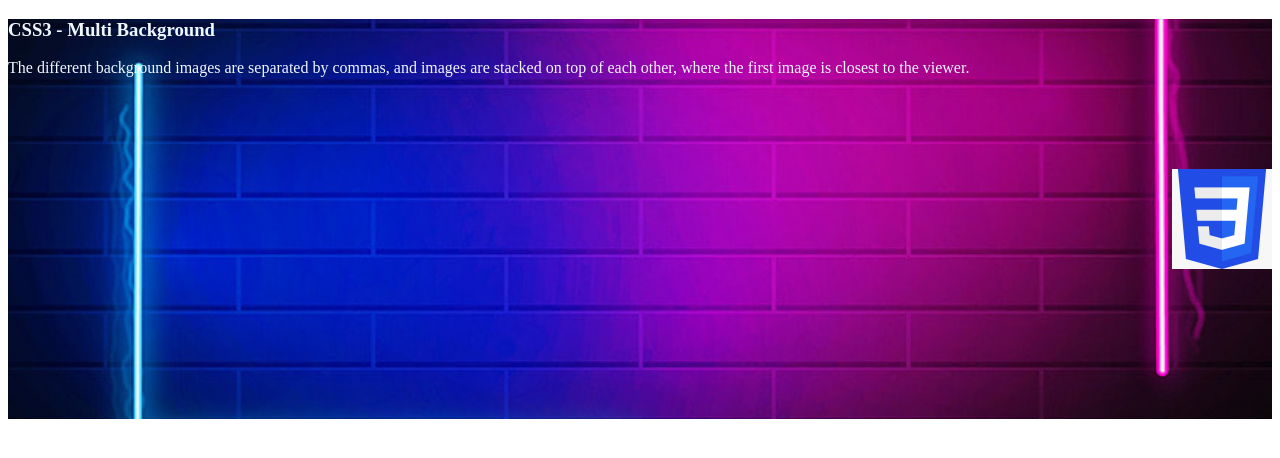
Repository: Pema-yangki/Css
Page: fed.html
These files come from the project's save history. The page is drawn as it stood at one moment and after the next save; the edit follows.
The browser window is 1280 px wide. The pictures show the whole page.

Above is the page before, as saved 2024-03-22 10:42:26.

### fed.html
<!-- <!DOCTYPE html>
<html lang="en">
<head>
    <meta charset="UTF-8">
    <meta name="viewport" content="width=device-width, initial-scale=1.0">
    <title>Document</title>
    <style>
        h1[name="greetings"]{
            color: brown;
        }
        h1[name ="king"]{
            color:aqua
        }
        h1[name="okay"]{
            color:blueviolet
        }
    </style> -->
    <!-- <style>
        table{
            border: 1px solid black;
            /* border-collapse: separate; */
            border-spacing: 15px;

        }

        table, th, td{
            border: 1px solid black;
            /* border-collapse: collapse; */

        }
    </style>
</head>
<body> -->
   <!-- <h1 name = "greetings">hello</h1>
   <h1 name = "king" >hi</h1>
   <h1 name = "okay">bye</h1> -->
   <!-- <table>
    <tr>
        <th>Name</th>
        <th>College</th>
        <th>Specialization</th>
    </tr>
    <tr>
        <td>kinley</td>
        <td >GCIT</td>
        <td>Full stack</td>
    </tr>
    <tr>
        <td>Pema</td>
        <td>GCIT</td>
        <td>AI</td>
    </tr>
    <tr>
        <td>yangki</td>
        <td>GCIT</td>
        <td>Blockchain</td>
    </tr>
    </table> -->

    <!-- <table>
      <thead>
        table rows
      </thead>
      <tfoot>
        table rows
      </tfoot>
      <tbody>
        table rows
      </tbody>
    </table>
</body>
</html>  -->


<!-- time table -->
<!-- <!DOCTYPE html>
<html lang="en">
<head>
    <meta charset="UTF-8">
    <meta name="viewport" content="width=device-width, initial-scale=1.0">
    <title>Document</title>
    <style>
        table.programs{
            background: white;
            border: 15px outset rgb(250, 246, 246);
            border-collapse:collapse;
            font-family: 'Times New Roman', Times, serif;
            width: 100%;
        }
        table.programs tr{
            height: 25px;
        }
        table.programs th, table.programs td{
            border: 1px solid rgb(243, 235, 235);
            padding: 5px;
            vertical-align: top;
        }
        col.timeColumn {
            background: rgb(170, 144, 59);
            width: 10%;
        }
        col.wDayColumns {
            background: rgb(201, 123, 6);
        }
        col.wEndColumns {
        background: rgb(187, 172, 90);
        width: 17.5%;
        }
        table.programs caption {
        caption-side: bottom;
        text-align: center;
        }
        table.programs thead{
        color:white;
        background-color: rgb(177, 112, 16);
        }
        table.programs thead th:first-of-type{
        color:white;
        background-color: rgb(174, 184, 38);
        }
table.programs thead th:nth-of-type(7),
table.programs thead th:nth-of-type(8) {
color:white;
background-color: rgb(153, 125, 0);
}
table.programs tfoot{
color:white;
background-color: black;
}



        </style>
</head>

<body>
    <table class="programs">
        <caption>full stack daily shedule</caption>
        <colgroup>
        <col class="timeColumn">
        <col class="wDayColumns" span="5">
        <col class="wEndColumns" span="2">
        </colgroup>
        <thead>
            <tr>
                <th>Time</th>
                <th>Mon</th>
                <th>Tue</th>
                <th>Wed</th>
                <th>Thu</th>
                <th>Fri</th>
                <th>Sat</th>
                <th>Sun</th>
            </tr>
        </thead>

        <tfoot>
            <tr>
                <td colspan="8">
                    GCIT Full Stack Program daily shedule ends its activities at 9:30
                </td>
            </tr>
        </tfoot>
        <tbody>
            <tr>
                <th>5:30 Am</th>
                    <td rowspan="1" colspan="5">Good Morning/Lazy Morning</td>
                    <td rowspan="4" colspan="1">Slow Weekends</td>
                    <td rowspan="2" colspan="1">Sunday Morning</td>

            </tr>
            <tr>
                <th>5:30 AM </th>
                    <td rowspan="3" colspan="5">Start Your Engine!</td>

            </tr>
            <tr>
                <th>6:00 AM </th>
                    <td rowspan="2" colspan="1">Weekend Yoga</td>

            </tr>
            <tr>
                <th>6:30 AM  </th>
            </tr>
            <tr>
                <th>7:00 AM  </th>
                    <td rowspan="1" colspan="5">Breakfast News</td>
                    <td rowspan="2" colspan="1">Weekend Yoga</td>
                    <td rowspan="2" colspan="1">Advanced Pilate</td>

            </tr>
            <tr>
                <th>7:30 AM </th>
                    <td rowspan="1" colspan="5">General Cleaning</td>

            </tr>
            <tr>
                <th>8:00 AM </th>
                    <td rowspan="4" colspan="5">Designing Layout</td>
                    <td rowspan="3" colspan="1">Testing</td>
                    <td rowspan="4" colspan="1">Case Study</td>

            </tr>
            <tr>
                <th>8:30 AM </th>
            </tr>
            <tr>
                <th>9:00 AM </th>
            </tr>
            <tr>
                <th>9:30 AM</th>
                    <td rowspan="3" colspan="1">Weight Yoga</td>

            </tr>
            <tr>
                <th>10:00 AM</th>
                    <td rowspan="4" colspan="5">Coding</td>
                    <td rowspan="1" colspan="1">Play time</td>

            </tr>
            <tr>
                <th>10:30 AM  </th>
                    <td rowspan="1" colspan="1">Brain Spa</td>

            </tr>
            <tr>
                <th>11:00 AM</th>
                <td rowspan="3" colspan="1">Outdoor Games</td>
                <td rowspan="1" colspan="1">The Meditative Mind</td>
                </tr>


            <tr>
                <th>11:30 AM </th>
                <td rowspan="1" colspan="1">Stretches</td>

            </tr>
            <tr>
                <th>12:00 PM   </th>
                <td rowspan="1" colspan="5">Lunch News</td>
                <td rowspan="1" colspan="1">Indoor Games</td>

            </tr>
        </tbody>
    </table>
</body>
</html> -->


<!DOCTYPE html>
<html lang="en">
<head>
    <meta charset="UTF-8">
    <meta name="viewport" content="width=device-width, initial-scale=1.0">
    <title>Document</title>
    <style>
        #background {
        background-image: url(feeeee.jpeg), url(cd.jpeg);
        background-position: right;
        background-repeat: no-repeat, repeat;
        background-size: 100px 100px, cover;
        color: aliceblue;
        }
        </style>
</head>
<body>
    <div id="background" style="height: 400px;">
        <h3>CSS3 - Multi Background</h3>
        <p>The different background images are separated by commas, and images are stacked on
        top of each other, where the first image is closest to the viewer.</p>
        </div>
</body>
</html>

After the next save:
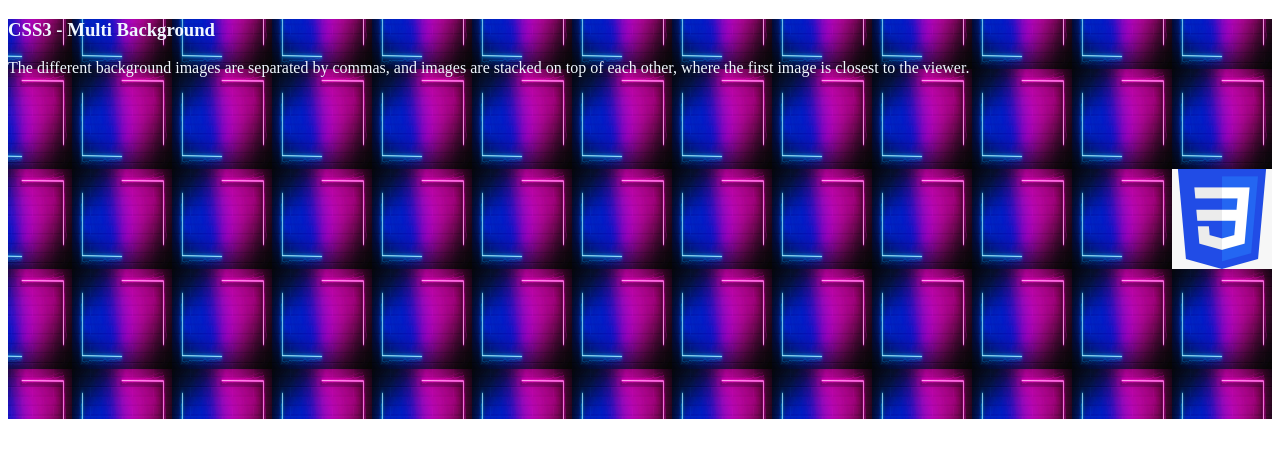
Saved 55 s later.
--- a/fed.html
+++ b/fed.html
@@ -258,7 +258,7 @@ background-color: black;
         background-image: url(feeeee.jpeg), url(cd.jpeg);
         background-position: right;
         background-repeat: no-repeat, repeat;
-        background-size: 100px 100px, cover;
+        background-size: 100px 100px;
         color: aliceblue;
         }
         </style>

After the 3 saves that followed:
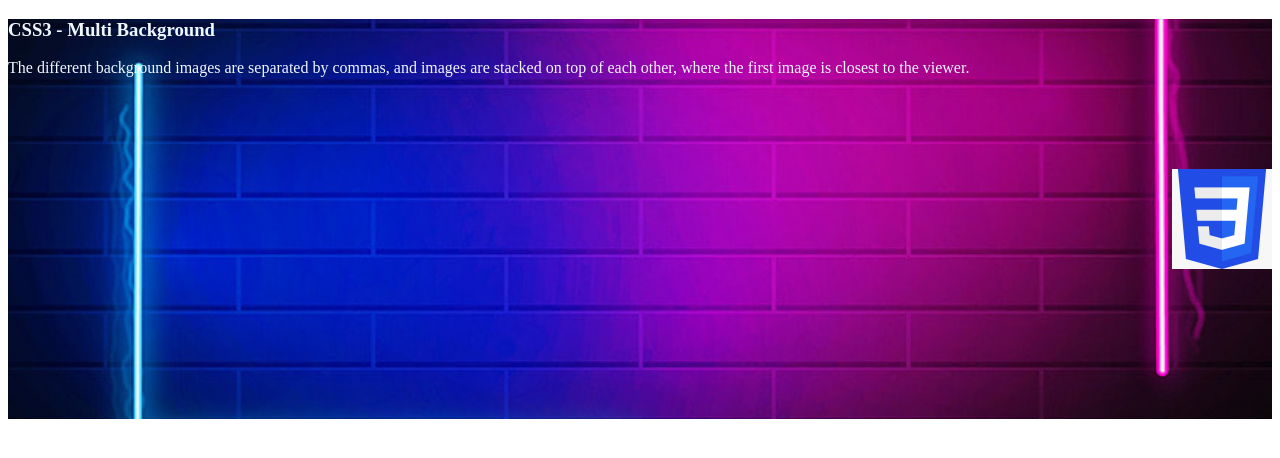
The 3 saves are shown as one change because they came seconds apart.
The last was saved 2 min 18 s later.
--- a/fed.html
+++ b/fed.html
@@ -258,7 +258,7 @@ background-color: black;
         background-image: url(feeeee.jpeg), url(cd.jpeg);
         background-position: right;
         background-repeat: no-repeat, repeat;
-        background-size: 100px 100px;
+        background-size: 100px 100px, cover;
         color: aliceblue;
         }
         </style>
